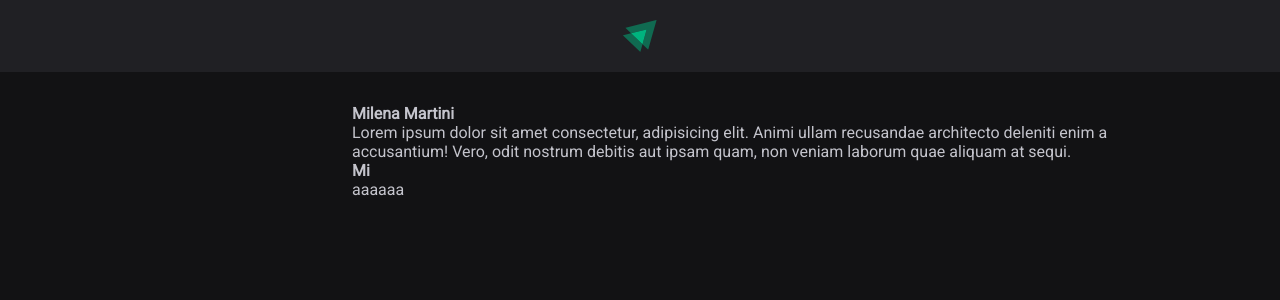
Repository: MilenaMartini/IgniteRckReactJs
Page: /
An editor plug-in stored every save of this project. The page is shown before and after the next save, followed by the edit.
The browser window is 1280 px wide. The pictures show the whole page.
The project was rebuilt for these pictures with package versions that can differ from the ones it lists, and the page was loaded fresh each time. Also part of the build but not shown: vite.config.js.

Above is the page before, as saved 2023-04-14 16:45:05.

After the next save:
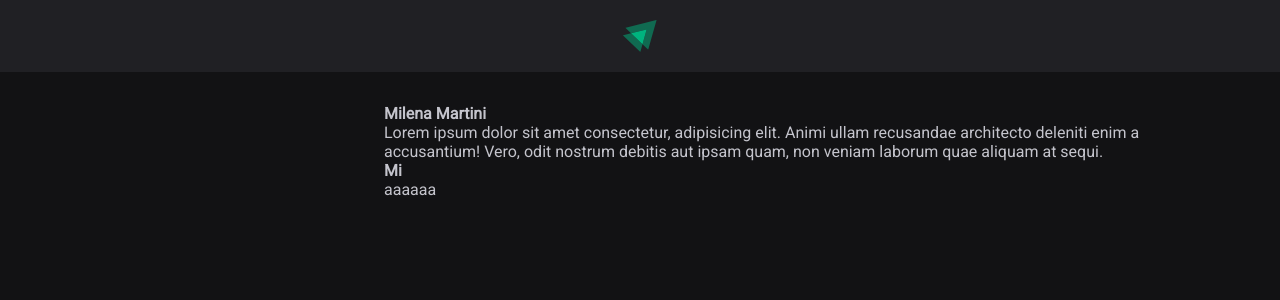
Saved 4 s later.
--- a/src/App.module.css
+++ b/src/App.module.css
@@ -5,5 +5,5 @@
 
   display: grid;
   grid-template-columns: 256px 1fr;
-  gap: 2
+  gap: 2rem;
 }
